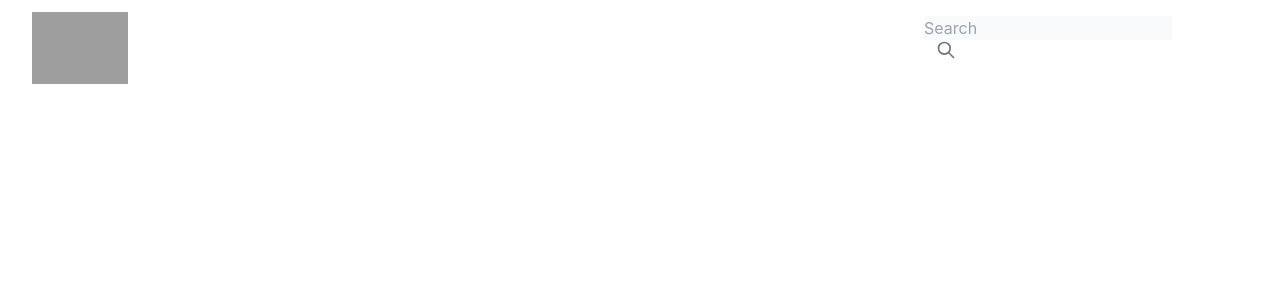
Repository: SehajBindra/insta--clone
Page: /
An editor plug-in stored every save of this project. The page is shown before and after the next save, followed by the edit.
The browser window is 1280 px wide. The pictures show the whole page.
Pictures or frames that could not be fetched are drawn as grey boxes. The project was rebuilt for these pictures with package versions that can differ from the ones it lists, and the page was loaded fresh each time. The framework's server and built-in components were replaced by stand-ins that run in the browser. Also part of the build but not shown: next.config.js.

Above is the page before, as saved 2022-04-11 01:34:23.

### pages/index.js
import Head from 'next/head'
import Image from 'next/image'
import Header from '../components/Header'
import styles from '../styles/Home.module.css'

export default function Home() {
  return (
    <div className={styles.container}>
      <Head>
        <title>Instagram</title>
        <meta name="description" content="Generated by create next app" />
        <link rel="icon" href="https://upload.wikimedia.org/wikipedia/commons/thumb/a/a5/Instagram_icon.png/600px-Instagram_icon.png" />

      </Head>
      <Header />

    </div>
  )
}

### components/Header.js
import React from "react";
import Image from "next/image";
import {
    SearchIcon,
    PlusCircleIcon,
    UserGroupIcon,
    HeartIcon,
    PaperAirplaneIcon,
    MenuIcon
} from "@heroicons/react/outline"

function Header() {
  return (
    <div>
      <div className="flex justify-between max-w-6xl ">
        <div className="relative hidden lg:inline-grid w-24 h-24">
          <Image
            src="https://links.papareact.com/ocw"
            layout="fill"
            objectFit="contain"
          />
        </div>

        <div className=" relative w-10 h-10 lg:hidden flex-shrink-0 cursor-pointer">
          <Image
            src="https://links.papareact.com/jjm"
            layout="fill"
            objectFit="contain"
          />
        </div>

        {/* Middle Search Input Field */}
        <div className=" relative mt-1 p-3 rounded-md ">
            <div className=" absolute inset-y-3  pl-3 flex items-center pointer-events-none ">
             <SearchIcon  className="h-5  w-5 text-gray-500" />
            </div>
            <input className="bg-gray-50" type="text" placeholder="Search" />

        </div>
      </div>
    </div>
  );
}

export default Header;

### tailwind.config.js
module.exports = {
  content: ["./pages/**/*.{js,ts,jsx,tsx}",
  "./components/**/*.{js,ts,jsx,tsx}",],
  theme: {
    extend: {},
  },
  plugins: [],
}

Loaded but not shown: pages/_app.js (common file); styles/globals.css (common file); styles/Home.module.css (common file)

After the next save:
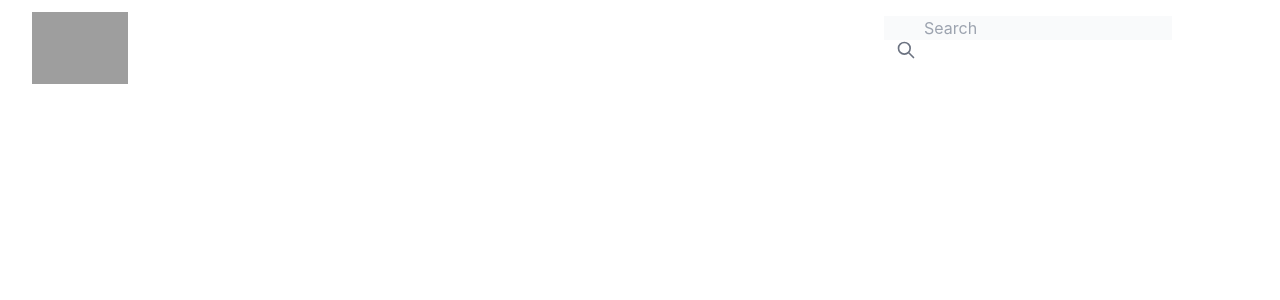
Saved 27 s later.
--- a/components/Header.js
+++ b/components/Header.js
@@ -34,7 +34,7 @@
             <div className=" absolute inset-y-3  pl-3 flex items-center pointer-events-none ">
              <SearchIcon  className="h-5  w-5 text-gray-500" />
             </div>
-            <input className="bg-gray-50" type="text" placeholder="Search" />
+            <input className="bg-gray-50 block w-full pl-10" type="text" placeholder="Search" />
 
         </div>
       </div>
